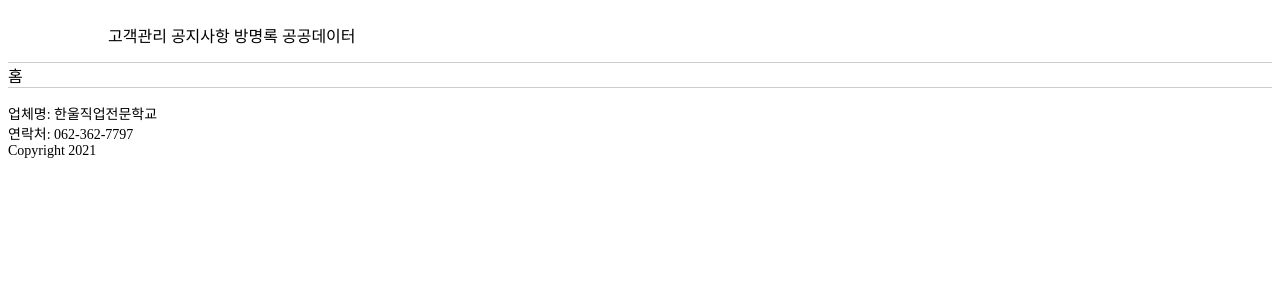
Repository: JSY93/spring-web
Page: http://localhost/iot/
These files come from the project's save history. The page is drawn as it stood at one moment and after the next save; the edit follows.
The browser window is 1280 px wide. The pictures show the whole page.
The page is served by Tomcat 9.

Above is the page before, as saved 2021-01-07 05:11:28.

After the next save:
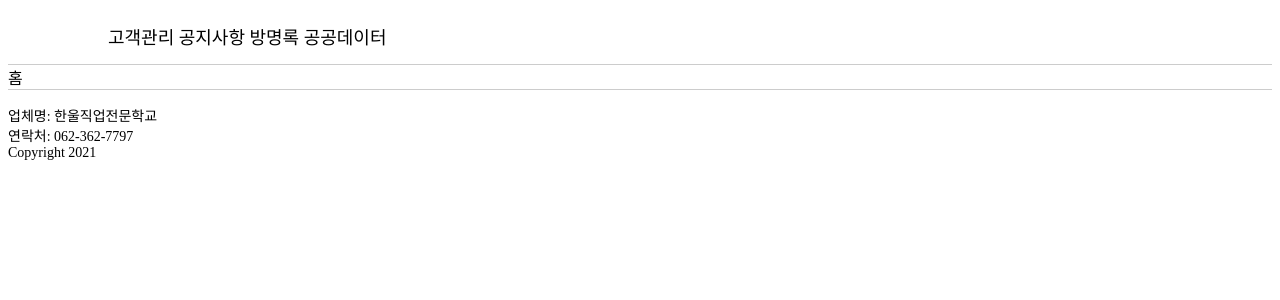
Saved 33 s later.
--- a/Study_Spring/iot/src/main/webapp/WEB-INF/views/include/header.jsp
+++ b/Study_Spring/iot/src/main/webapp/WEB-INF/views/include/header.jsp
@@ -13,5 +13,5 @@
 <style>
 header ul, header ul li {
 	margin:0; padding:0; display:inline }
-
+.category { font-size:18px }
 </style>
